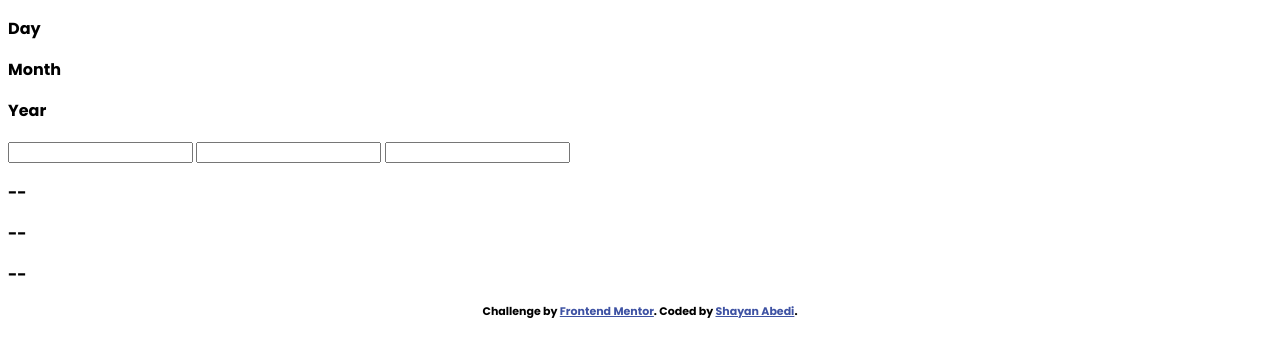
Repository: shayanabedi98/age-calculator
Page: index.html
The author's editor kept a copy of each file at every save. The page is drawn from the files as they stood at one save, then again after the next save.
The browser window is 1280 px wide. The pictures show the whole page.

Above is the page before, as saved 2023-09-18 18:46:35.

### index.html
<!DOCTYPE html>
<html lang="en">
<head>
  <meta charset="UTF-8">
  <meta name="viewport" content="width=device-width, initial-scale=1.0">
  <link rel="icon" type="image/png" sizes="32x32" href="./assets/images/favicon-32x32.png">
  <link rel="stylesheet" href="styles.css">
  <title>Frontend Mentor | Age calculator app</title>
</head>
<body>

  <div class="grid-container">
    <div>
      <p>Day</p>
      <p>Month</p>
      <p>Year</p>
      <input id="dob-day" type="text">
      <input id="dob-month" type="text">
      <input id="dob-year" type="text">
    </div>
    <div>
      <p id="age-year">--</p>
      <p id="age-month">--</p>
      <p id="age-day">--</p>
    </div>
  </div>

  <div class="attribution">
    Challenge by <a href="https://www.frontendmentor.io?ref=challenge" target="_blank">Frontend Mentor</a>.
    Coded by <a href="#">Shayan Abedi</a>.
  </div>
  <script src="index.js"></script>
</body>
</html>

### styles.css
@font-face {
    font-family: Poppins-Bold;
    src: url(./assets/fonts/Poppins-Bold.ttf);
}

.attribution { font-size: 11px; text-align: center; }
.attribution a { color: hsl(228, 45%, 44%); }

body {
    font-family: 'Poppins-Bold', sans-serif;
}

Loaded but not shown: index.js (common file)

After the next save:
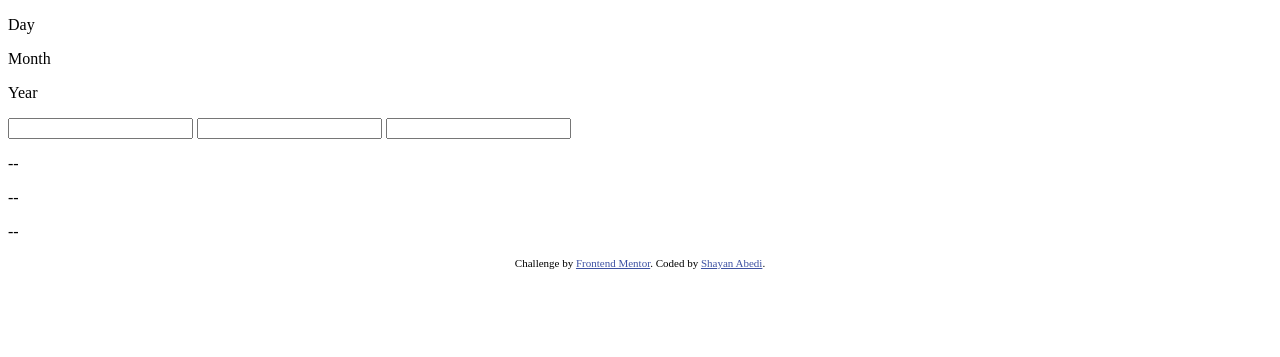
Saved 8 s later.
--- a/styles.css
+++ b/styles.css
@@ -5,7 +5,3 @@
 
 .attribution { font-size: 11px; text-align: center; }
 .attribution a { color: hsl(228, 45%, 44%); }
-
-body {
-    font-family: 'Poppins-Bold', sans-serif;
-}

After the save that followed:
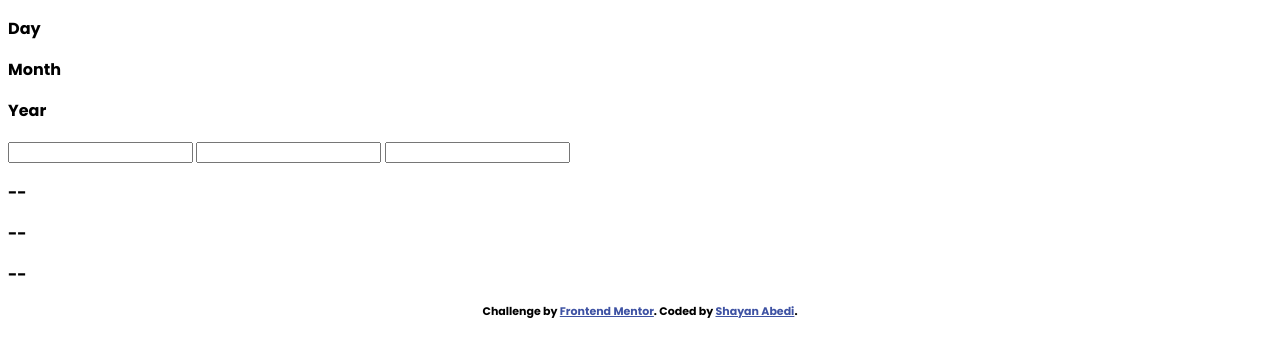
Saved 5 s later.
--- a/styles.css
+++ b/styles.css
@@ -5,3 +5,7 @@
 
 .attribution { font-size: 11px; text-align: center; }
 .attribution a { color: hsl(228, 45%, 44%); }
+
+body {
+    font-family: 'Poppins-Bold', sans-serif;
+}
